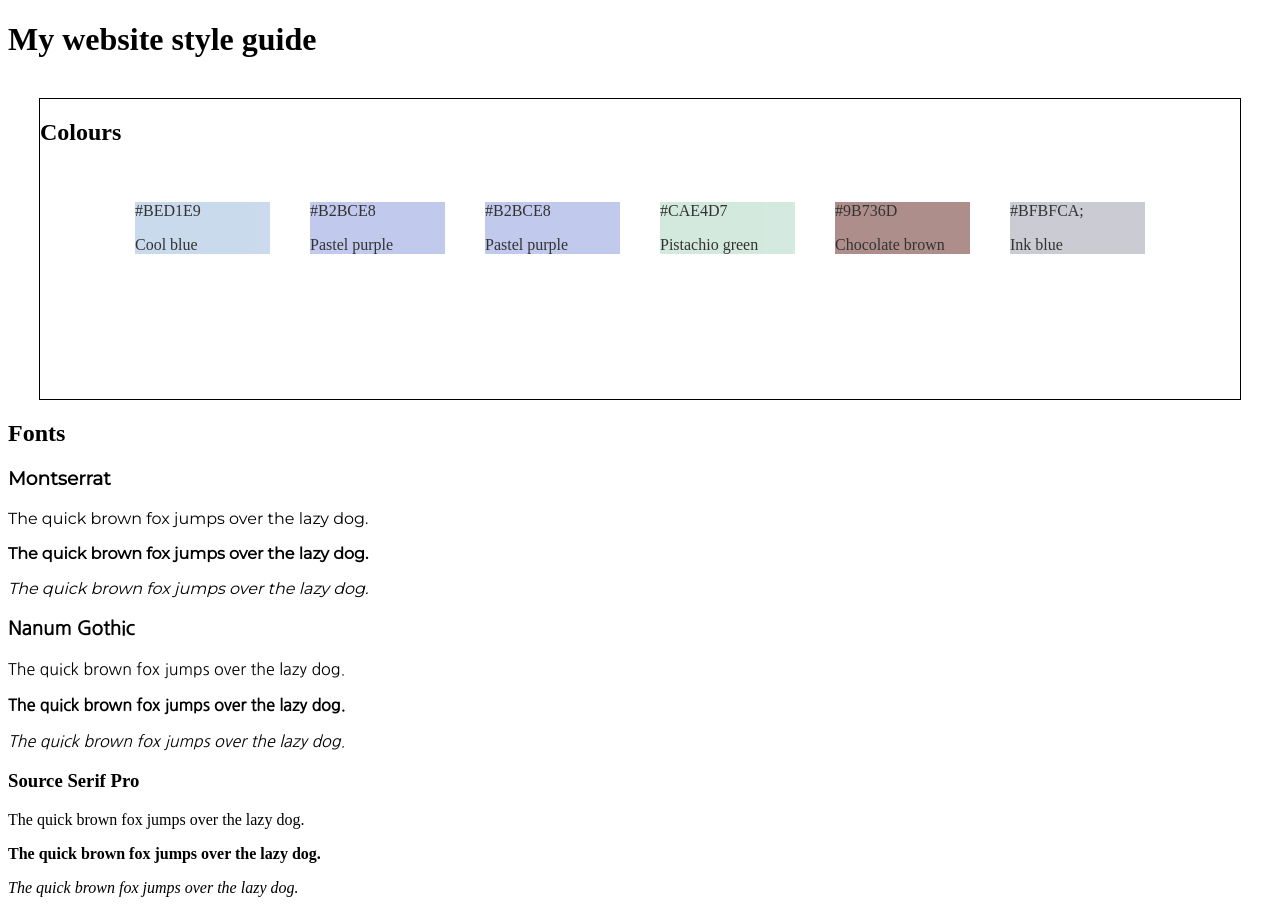
Repository: nazaninrizvi/codecademy
Page: Javascript/website-design-system/index.html
An editor plug-in stored every save of this project. The page is shown before and after the next save, followed by the edit.
The browser window is 1280 px wide. The pictures show the whole page.
Some web fonts or font styles are not loaded; a fallback is used.

Above is the page before, as saved 2021-11-26 17:19:42.

After the next save:
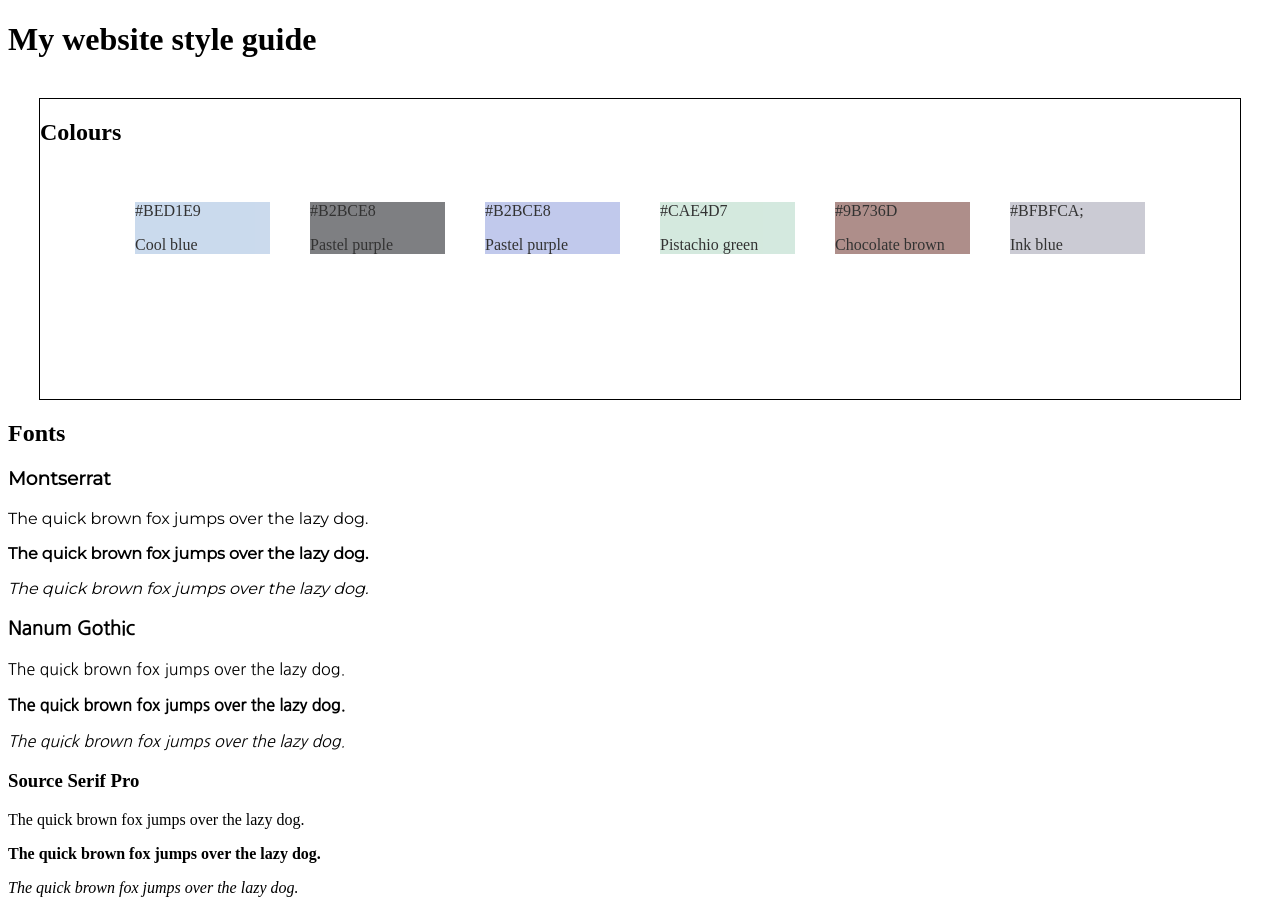
Saved 6 s later.
--- a/Javascript/website-design-system/index.html
+++ b/Javascript/website-design-system/index.html
@@ -17,7 +17,7 @@
                         <p>Cool blue</p>
                     </div></div>
 
-                    <div class="cols"><div id="pastelPurple">
+                    <div class="cols"><div id="testBlue">
                         <p>#B2BCE8</p>
                         <p>Pastel purple</p>
                     </div></div>
